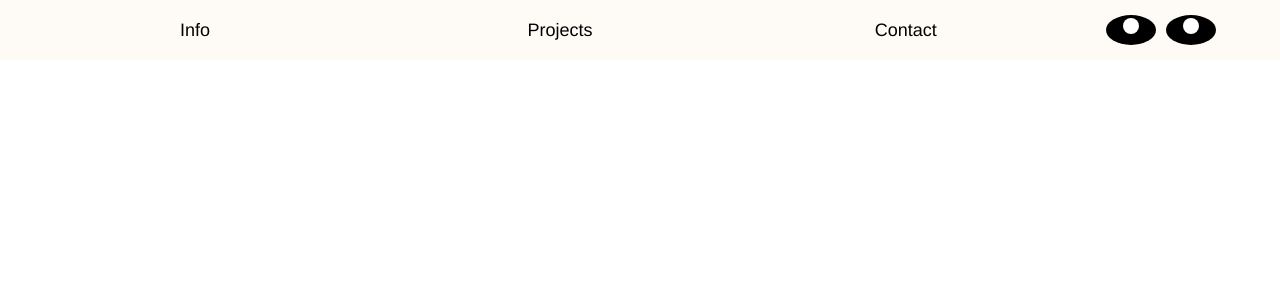
Repository: jinghuai8092/personal_website
Page: /
An editor plug-in stored every save of this project. The page is shown before and after the next save, followed by the edit.
The browser window is 1280 px wide. The pictures show the whole page.
The project was rebuilt for these pictures with package versions that can differ from the ones it lists, and the page was loaded fresh each time.

Above is the page before, as saved 2021-09-09 20:57:03.

After the next save:
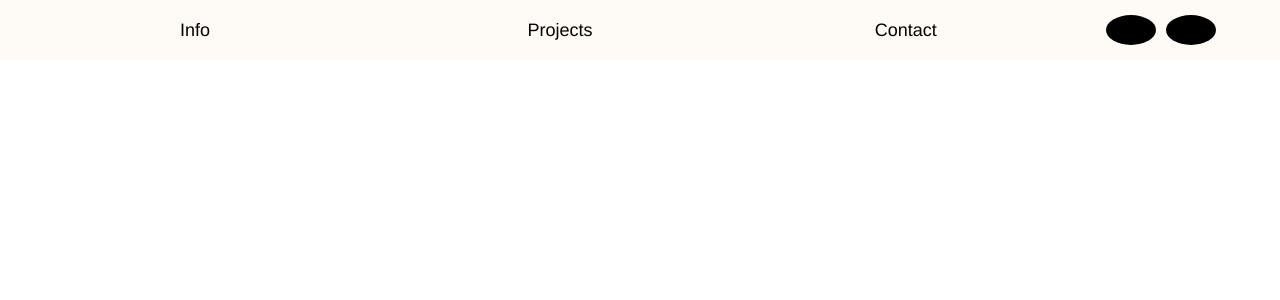
Saved 100 s later.
--- a/src/common/header/header.module.css
+++ b/src/common/header/header.module.css
@@ -52,8 +52,6 @@
     width: 16px;
     height: 16px;
     border-radius: 50%;
-    position:absolute;
-    top: 3px;
-    left: 17px;
+    position:relative;
     transform: rotate(0deg);
 }
